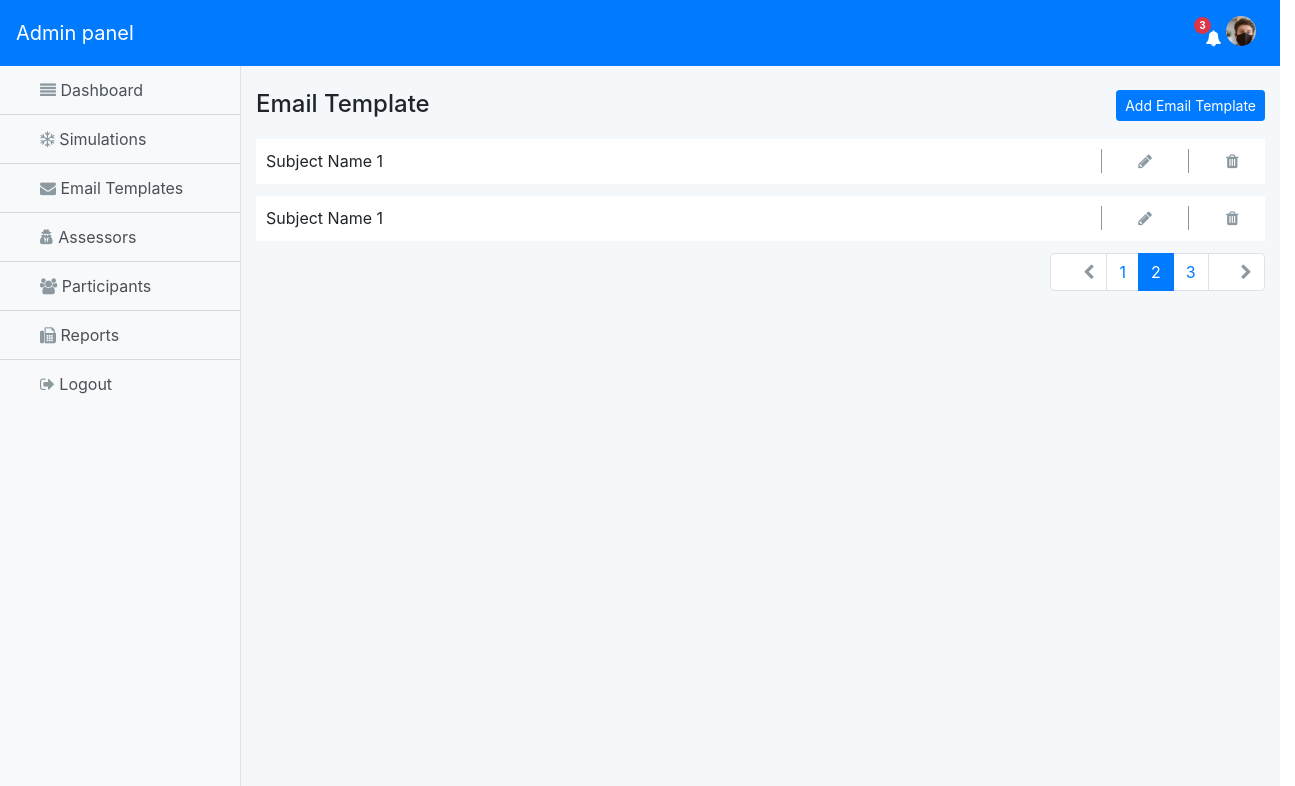
Repository: ejazsidhu/email-simulation-fe
Page: emailTemplate.html
An editor plug-in stored every save of this project. The page is shown before and after the next save, followed by the edit.
The browser window is 1280 px wide. The page is 1295 px wide, so the pictures cover 1295 px, including what lies to the right of the window. The pictures show the whole page.

Above is the page before, as saved 2020-08-25 19:14:04.
Console error: ReferenceError: $ is not defined

### emailTemplate.html
<!DOCTYPE html>
<html lang="en">

<head>

  <meta charset="utf-8">
  <meta name="viewport" content="width=device-width, initial-scale=1, shrink-to-fit=no">
  <meta name="description" content="">
  <meta name="author" content="">

  <title></title>

  <!-- Bootstrap core CSS -->
  <link href="vendor/bootstrap/css/bootstrap.min.css" rel="stylesheet">
  <link rel="stylesheet" href="https://cdnjs.cloudflare.com/ajax/libs/font-awesome/4.7.0/css/font-awesome.css">

  <!-- Custom styles for this template -->
  <link href="css/simple-sidebar.css" rel="stylesheet">
 <link href="css/custom.css" rel="stylesheet">
</head>

<body>
  <div class="row nav-row">
    <div class="col-12">
      <!-- Nav tabs -->
      <nav class="navbar navbar-expand-sm navbar-dark bg-primary">
        <a class="navbar-brand" href="#">Admin panel</a>

      <ul class="navbar-nav ml-auto top_right">



            <!-- Nav Item - Alerts -->
            <li class="nav-item dropdown no-arrow mx-1 mt10">
              <a class="nav-link dropdown-toggle" href="#" id="alertsDropdown" role="button" data-toggle="dropdown" aria-haspopup="true" aria-expanded="false">
                <i class="fa fa-bell fa-fw"></i>
                <!-- Counter - Alerts -->
                <span class="badge badge-danger badge-counter">3</span>
              </a>
              <!-- Dropdown - Alerts -->
              <div class="dropdown-list dropdown-menu dropdown-menu-right shadow animated--grow-in w300" aria-labelledby="alertsDropdown">
                <h6 class="dropdown-header">
                  Alerts Center
                </h6>
                <a class="dropdown-item d-flex align-items-center" href="#">
                  <div class="mr-3">
                    <div class="icon-circle bg-primary">
                      <i class="fas fa-file-alt text-white"></i>
                    </div>
                  </div>
                  <div>
                    <div class="small text-gray-500">December 12, 2019</div>
                    <span class="font-weight-bold">A new monthly report is ready to download!</span>
                  </div>
                </a>
                <a class="dropdown-item d-flex align-items-center" href="#">
                  <div class="mr-3">
                    <div class="icon-circle bg-success">
                      <i class="fas fa-donate text-white"></i>
                    </div>
                  </div>
                  <div>
                    <div class="small text-gray-500">December 7, 2019</div>
                    $290.29 has been deposited into your account!
                  </div>
                </a>
                <a class="dropdown-item d-flex align-items-center" href="#">
                  <div class="mr-3">
                    <div class="icon-circle bg-warning">
                      <i class="fa fa-exclamation-triangle text-white"></i>
                    </div>
                  </div>
                  <div>
                    <div class="small text-gray-500">December 2, 2019</div>
                    Spending Alert: We've noticed unusually high spending for your account.
                  </div>
                </a>
                <a class="dropdown-item text-center small text-gray-500" href="#">Show All Alerts</a>
              </div>
            </li>


            <li class="nav-item dropdown no-arrow">
              <a class="nav-link dropdown-toggle" href="#" id="userDropdown" role="button" data-toggle="dropdown" aria-haspopup="true" aria-expanded="false">

                <img class="img-profile rounded-circle" src="img/img.png" width="30">
              </a>
              <!-- Dropdown - User Information -->
              <div class="dropdown-menu dropdown-menu-right shadow animated--grow-in" aria-labelledby="userDropdown">
                <a class="dropdown-item" href="#">
                  <i class="fa fa-user fa-sm fa-fw mr-2 text-gray-400"></i>
                  Profile
                </a>
                <a class="dropdown-item" href="#">
                  <i class="fa fa-cogs fa-sm fa-fw mr-2 text-gray-400"></i>
                  Settings
                </a>
                <a class="dropdown-item" href="#">
                  <i class="fa fa-list fa-sm fa-fw mr-2 text-gray-400"></i>
                  Activity Log
                </a>
                <div class="dropdown-divider"></div>
                <a class="dropdown-item" href="#" data-toggle="modal" data-target="#logoutModal">
                  <i class="fa fa-sign-out-alt fa-sm fa-fw mr-2 text-gray-400"></i>
                  Logout
                </a>
              </div>
            </li>

          </ul>
      </nav>

      <!-- Tab panes -->
      <div class="tab-content">
        <div class="tab-pane fade show active" id="tab1Id" role="tabpanel"></div>
        <div class="tab-pane fade" id="tab2Id" role="tabpanel"></div>
        <div class="tab-pane fade" id="tab3Id" role="tabpanel"></div>
        <div class="tab-pane fade" id="tab4Id" role="tabpanel"></div>
        <div class="tab-pane fade" id="tab5Id" role="tabpanel"></div>
      </div>

      <script>
        $('#navId a').click(e => {
          e.preventDefault();
          $(this).tab('show');
        });
      </script>
    </div>
  </div>

  <div class="d-flex" id="wrapper">

    <!-- Sidebar -->
    <div class="bg-light border-right" id="sidebar-wrapper">
      <!-- <div class="sidebar-heading">Start Bootstrap </div> -->
      <div class="list-group list-group-flush">
        <a href="#" class="list-group-item list-group-item-action bg-light">
          <i class="fa fa-align-justify" aria-hidden="true"></i>
          Dashboard
        </a>
        <a href="/SimulationsList.html" class="list-group-item list-group-item-action bg-light">
          <i class="fa fa-snowflake-o" aria-hidden="true"></i>
          Simulations</a>
        <a href="/emailTemplate.html" class="list-group-item list-group-item-action bg-light">
          <i class="fa fa-envelope" aria-hidden="true"></i>
          Email Templates</a>
        <a href="#" class="list-group-item list-group-item-action bg-light">
          <i class="fa fa-user-secret" aria-hidden="true"></i>
          Assessors</a>
        <a href="#" class="list-group-item list-group-item-action bg-light">
          <i class="fa fa-users" aria-hidden="true"></i>
          Participants</a>
        <a href="#" class="list-group-item list-group-item-action bg-light">
          <i class="fa fa-fax" aria-hidden="true"></i>
          Reports</a>
        <a href="#" class="list-group-item list-group-item-action bg-light">
          <i class="fa fa-sign-out" aria-hidden="true"></i>
          Logout</a>

      </div>
    </div>
    <!-- /#sidebar-wrapper -->

    <!-- Page Content -->
    <div id="page-content-wrapper">



      <div class="container mt-4">
        <div class="row">
          <div class="col-6">
            <h4>Email Template</h4>
          </div>
          <div class="col-6 text-right">
            <!-- <button class="btn btn-info btn-sm" data-toggle="modal" data-target="#emailNotificationCenter">
              Send Email
            </button> -->
            <button class="btn btn-primary btn-sm" data-toggle="modal" data-target="#addEmailTemplate">
              Add Email Template
            </button>
          </div>
        </div>

        <div class="row">
          <div class="col-12 table_cls">
            <table class="custom-table">
              <!-- <thead>
                <tr>
                  <th></th>
                  <th></th>
                  <th></th>
                </tr>
              </thead> -->
              <tbody>
                <tr>
                  <td scope="row" class="w-50">
                    Subject Name 1
                  </td>



                  <td class="w-5">
                    <span class="b1" data-toggle="tooltip" data-placement="top" title="edit">
                      <i class="fa fa-pencil" data-toggle="modal" data-target="#addEmailTemplate"></i>
                    </span>

                  </td>
                  <td class="w-5">
                    <span class="b1"  data-toggle="tooltip" data-placement="top" title="edit">
                      <i class="fa fa-trash" data-toggle="modal" data-target="#deleteModalCenter"></i>

                    </span>
                  </td>
                </tr>
                <tr>
                  <td scope="row" class="w-50">
                    Subject Name 1
                  </td>



                  <td class="w-5">
                    <span class="b1" data-toggle="tooltip" data-placement="top" title="edit">
                      <i class="fa fa-pencil" data-toggle="modal" data-target="#addEmailTemplate"></i>
                    </span>

                  </td>
                  <td class="w-5">
                    <span class="b1"  data-toggle="tooltip" data-placement="top" title="edit">
                      <i class="fa fa-trash" data-toggle="modal" data-target="#deleteModalCenter"></i>

                    </span>
                  </td>
                </tr>

              </tbody>
            </table>

          </div>
        </div>

        <div class="row">
          <div class="col-12 text-right">
            <nav aria-label="...">
              <ul class="pagination ">
                <li class="page-item disabled">
                  <span class="page-link">
                    <i class="fa fa-chevron-left" aria-hidden="true"></i>
                  </span>
                </li>
                <li class="page-item"><a class="page-link" href="#">1</a></li>
                <li class="page-item active">
                  <span class="page-link">
                    2
                    <span class="sr-only">(current)</span>
                  </span>
                </li>
                <li class="page-item"><a class="page-link" href="#">3</a></li>
                <li class="page-item">
                  <a class="page-link" href="#">
                    <i class="fa fa-chevron-right" aria-hidden="true"></i>
                  </a>
                </li>
              </ul>
            </nav>
          </div>
        </div>
      </div>
    </div>
    <!-- /#page-content-wrapper -->


    <!-- delete modal -->

    <div class="modal fade" id="deleteModalCenter" tabindex="-1" role="dialog" aria-labelledby="deleteModalCenterTitle"
      aria-hidden="true">
      <div class="modal-dialog modal-dialog-centered modal-sm" role="document">
        <div class="modal-content">
          <div class="modal-header" style="    padding: 1rem 2rem !important;">
            <h5 class="modal-title" id="deleteModalLongTitle">Delete item</h5>
            <button type="button" class="close" data-dismiss="modal" aria-label="Close">
              <span aria-hidden="true">&times;</span>
            </button>
          </div>
          <div class="modal-body">
            <div class="row">
              <div class="col-12 mt-2 mb-2">
                <strong>
                  Do you want to delte this item?
                </strong>
                <br>
                <small>
                  *Note:Deleting this entry will remove this reffernce from all over app.
                </small>
              </div>
            </div>
          </div>
          <div class="modal-footer">
            <div class="row">
              <div class="col-12">
                <button type="button" class="btn btn-info btn-sm" data-dismiss="modal">Close</button>
                <button type="button" class="btn btn-danger btn-sm">Confirm</button>
              </div>
            </div>
          </div>
        </div>
      </div>
    </div>

    <!-- email sent  notification modal -->
    <div class="modal fade" id="emailNotificationCenter" tabindex="-1" role="dialog"
      aria-labelledby="emailNotificationCenterTitle" aria-hidden="true">
      <div class="modal-dialog modal-dialog-centered modal-sm" role="document">
        <div class="modal-content">
          <div class="modal-header">

            <button type="button" class="close" data-dismiss="modal" aria-label="Close">
              <span aria-hidden="true">&times;</span>
            </button>
          </div>
          <div class="modal-body">
            <div class="row">
              <div class="col-12 text-center">
                <i class="fa fa-check-circle fa-3x " style="color:#28a745" aria-hidden="true"></i>
              </div>
              <div class="col-12 text-center">
                <p>
                  <strong>
                    Email sent successfully!
                  </strong>
                </p>
              </div>
            </div>
          </div>

        </div>
      </div>
    </div>

        <!-- add simulation modal -->
        <div class="modal fade custom-modal" id="addSimulationTemplate" tabindex="-1" role="dialog"
        aria-labelledby="addSimulationTitle" aria-hidden="true">
        <div class="modal-dialog modal-dialog-centered justify-content-center" role="document">
          <div class="modal-content modal-md">
            <div class="modal-header">
              <button type="button" class="close" data-dismiss="modal" aria-label="Close">
                <span aria-hidden="true">&times;</span>
              </button>
            </div>
            <div class="modal-body">
              <form>
              <div class="row">
                <div class="col ">
                  <h5 class="modal-title" id="addSimulationLongTitle">Add Simulation</h5>

                </div>
              </div>
              <div class="row">
                <div class="col-12">
                  <div class="form-group">
                    <label for="name">
                      <strong>
                        Simulation Name
                      </strong>
                    </label>
                    <input type="text" class="form-control form-control-sm" id="name" name="name" placeholder="Simulation Name">
                  </div>
                </div>
              </div>
              <div class="row mt-1">
                <div class="col-12">
                  <ul class="nav nav-pills mb-3" id="pills-tab" role="tablist">
                    <li class="nav-item">
                      <a class="nav-link active" id="pills-home-tab" data-toggle="pill" href="#pills-home" role="tab"
                       aria-controls="pills-home" aria-selected="true">Add Participant / Assign Assessor</a>
                    </li>
                    <li class="nav-item">
                      <a class="nav-link" id="pills-profile-tab" data-toggle="pill"
                       href="#pills-profile" role="tab" aria-controls="pills-profile" aria-selected="false">Add Email Template</a>
                    </li>

                  </ul>
                  <div class="tab-content" id="pills-tabContent">
                    <div class="tab-pane fade show active" id="pills-home" role="tabpanel" aria-labelledby="pills-home-tab">...</div>
                    <div class="tab-pane fade" id="pills-profile" role="tabpanel" aria-labelledby="pills-profile-tab">...</div>
                  </div>
                </div>
                <div class="col">




                    <div class="row">

                      <div class="col-5 pr-0">
                        <label for="participant">
                          <strong>
                            Add Participants
                          </strong>
                        </label>
                        <select class="form-control form-control-sm">
                          <option>Small select</option>
                        </select>
                      </div>
                      <div class="col-5 pr-0">
                        <label for="assessor">
                          <strong>
                        Assign Assessor
                          </strong>
                        </label>
                        <select class="form-control form-control-sm">
                          <option>Small select</option>
                        </select>
                      </div>

                      <div class="col-2 mt-4">
                        <button class="btn btn-primary btn-sm">Add</button>
                      </div>

                    </div>
                    <div class="row mt-1">
                      <div class="col-12 ">
                        <div class="listing-box">

                        </div>

                      </div>
                    </div>

                    <div class="row mt-2">

                      <div class="col-6 pr-0">
                        <label for="addEmailEemplate">
                          <strong>
                            Add Email Template
                          </strong>
                        </label>
                        <select class="form-control form-control-sm">
                          <option>Time</option>
                        </select>
                      </div>
                      <div class="col-4 pr-0">
                        <label for="addEmailEemplate">
                          <strong>
                            Add Relative time
                          </strong>
                        </label>
                        <input type="time" name="relativeTime" class="form-control form-control-sm">

                      </div>


                      <div class="col-1 mt-4">

                        <button class="btn btn-primary btn-sm">Add</button>
                      </div>
                      <div class="col-12">

                      </div>
                    </div>
                    <div class="row mt-1">
                      <div class="col-12 ">
                        <div class="listing-box">

                        </div>

                      </div>
                    </div>
                  </form>
                </div>
              </div>
            </div>
            <div class="modal-footer">
              <!-- <button type="button" class="btn btn-secondary" data-dismiss="modal">Close</button> -->
              <div class="row">
                <div class="col-12">
                  <button type="button" class="btn btn-primary btn-sm">Save changes</button>
                </div>
              </div>
            </div>
          </div>
        </div>
      </div>

       <!-- add email modal -->
       <div class="modal fade custom-modal" id="addEmailTemplate" tabindex="-1" role="dialog"
       aria-labelledby="addEmailTemplateTitle" aria-hidden="true">
       <div class="modal-dialog modal-dialog-centered justify-content-center" role="document">
         <div class="modal-content modal-md">
           <div class="modal-header">
             <button type="button" class="close" data-dismiss="modal" aria-label="Close">
               <span aria-hidden="true">&times;</span>
             </button>
           </div>
           <div class="modal-body">
             <div class="row">
               <div class="col ">
                 <h5 class="modal-title" id="emailModalLongTitle">Add Email Template</h5>

               </div>
             </div>
             <div class="row mt-2">
               <div class="col">
                 <form>

                   <div class="form-group">
                     <label for="name">Sender's Name</label>
                     <input type="text" class="form-control" id="name" name="name" placeholder="Name">
                   </div>
                   <div class="form-group">
                     <label for="email">Sender's Email</label>
                     <input type="email" class="form-control" id="email" name="email" aria-describedby="emailHelp"
                       placeholder="Email">
                     <!-- <small id="emailHelp" class="form-text text-muted">We'll never share your email with anyone
                       else.</small> -->
                   </div>
                   <div class="form-group">
                     <label for="name">Subject</label>
                     <input type="text" class="form-control" id="subject" name="subjet" placeholder="Subject">
                   </div>

                   <div class="form-group">
                     <label for="textarea">Example textarea</label>
                     <textarea class="form-control" id="textarea" rows="3"></textarea>


                     <div class="image-upload">
                       <label for="file-input">
                         <i class="fa fa-paperclip fa-2x" aria-hidden="true"></i>
                       </label>

                       <input id="file-input" type="file" multiple />
                     </div>


                   </div>



                 </form>
               </div>
             </div>
           </div>
           <div class="modal-footer">
             <!-- <button type="button" class="btn btn-secondary" data-dismiss="modal">Close</button> -->
             <div class="row">
               <div class="col-12">
                 <button type="button" class="btn btn-primary btn-sm">Save changes</button>
               </div>
             </div>
           </div>
         </div>
       </div>
     </div>

  </div>
  <!-- /#wrapper -->

  <!-- Bootstrap core JavaScript -->
  <script src="vendor/jquery/jquery.min.js"></script>
  <script src="vendor/bootstrap/js/bootstrap.bundle.min.js"></script>

  <!-- Menu Toggle Script -->
  <script>
    $("#menu-toggle").click(function (e) {
      e.preventDefault();
      $("#wrapper").toggleClass("toggled");
    });

    $(function () {
      $('[data-toggle="tooltip"]').tooltip()
    })
  </script>

</body>

</html>

### css/simple-sidebar.css
/*!
 * Start Bootstrap - Simple Sidebar (https://startbootstrap.com/templates/simple-sidebar)
 * Copyright 2013-2020 Start Bootstrap
 * Licensed under MIT (https://github.com/StartBootstrap/startbootstrap-simple-sidebar/blob/master/LICENSE)
 */

 #wrapper {
    overflow-x: hidden;
 }

#sidebar-wrapper {
  min-height: 100vh;
  margin-left: -15rem;
  -webkit-transition: margin .25s ease-out;
  -moz-transition: margin .25s ease-out;
  -o-transition: margin .25s ease-out;
  transition: margin .25s ease-out;
}

#sidebar-wrapper .sidebar-heading {
  padding: 0.875rem 1.25rem;
  font-size: 1.2rem;
}

#sidebar-wrapper .list-group {
  width: 15rem;
}

#page-content-wrapper {
  min-width: 100vw;
}

#wrapper.toggled #sidebar-wrapper {
  margin-left: 0;
}

@media (min-width: 768px) {
  #sidebar-wrapper {
    margin-left: 0;
  }

  #page-content-wrapper {
    min-width: 0;
    width: 100%;
  }

  #wrapper.toggled #sidebar-wrapper {
    margin-left: -15rem;
  }
}



/* custome table code */

.table_cls table{
  width: 100%;
      border-spacing: 0px 12px;
  border-collapse:separate !important ;
}
.table_cls tr{
  background: white;
  height: 45px;
}


.table_cls .w-50{
  width: 50% !important;
  padding: 0 10px;
}

.table_cls .w-5{
  width: 5% !important;
  text-align: center;


}

.table_cls .mt-15{
  margin-top: 20% !important;
}

#page-content-wrapper{
background: #F4F8FB;
}

.pagination{
  justify-content: flex-end !important;
}

.bs-tooltip-auto[x-placement^=top] .arrow::before,
.bs-tooltip-top .arrow::before {
  border-bottom-color: #f00; /* Red */
}


/* modal classes */

.modal-header {
  border: none !important;
  padding: 0rem 0.5rem !important
  ;
}
.modal-footer{
  border: none !important;
  /* padding: 0rem 0.5rem !important */
  ;
}
.modal-body{
  padding: 0rem 2rem !important;
}

form{
  font-size: 12px !important;
}
#input-btn{

    background: #007bff;
    color: white;

}
.success-color{
  background-color: green;
  color: white;
}
.image-upload{
  border: 1px solid #ced4da;
  min-height: 20px !important;
  border-radius: .25rem;
}
.image-upload>input {
  /* display: none; */
}
.listing-box{
  height: 115px;
    border: 1px solid #ced4da;
    border-radius: .25rem;
}
.fa-envelope:hover{
  color: #0052C2;
}
.fa-pencil:hover{
color: #29A88C;
}
.fa-trash:hover{
  color: #E81742;
}
.fa{
  color: #8C99A0;
  cursor: pointer;
  padding-left: 20px !important;
}

Loaded but not shown: vendor/bootstrap/css/bootstrap.min.css (library); vendor/jquery/jquery.min.js (library); vendor/bootstrap/js/bootstrap.bundle.min.js (library); css/custom.css (405 lines, source omitted)

After the next save:
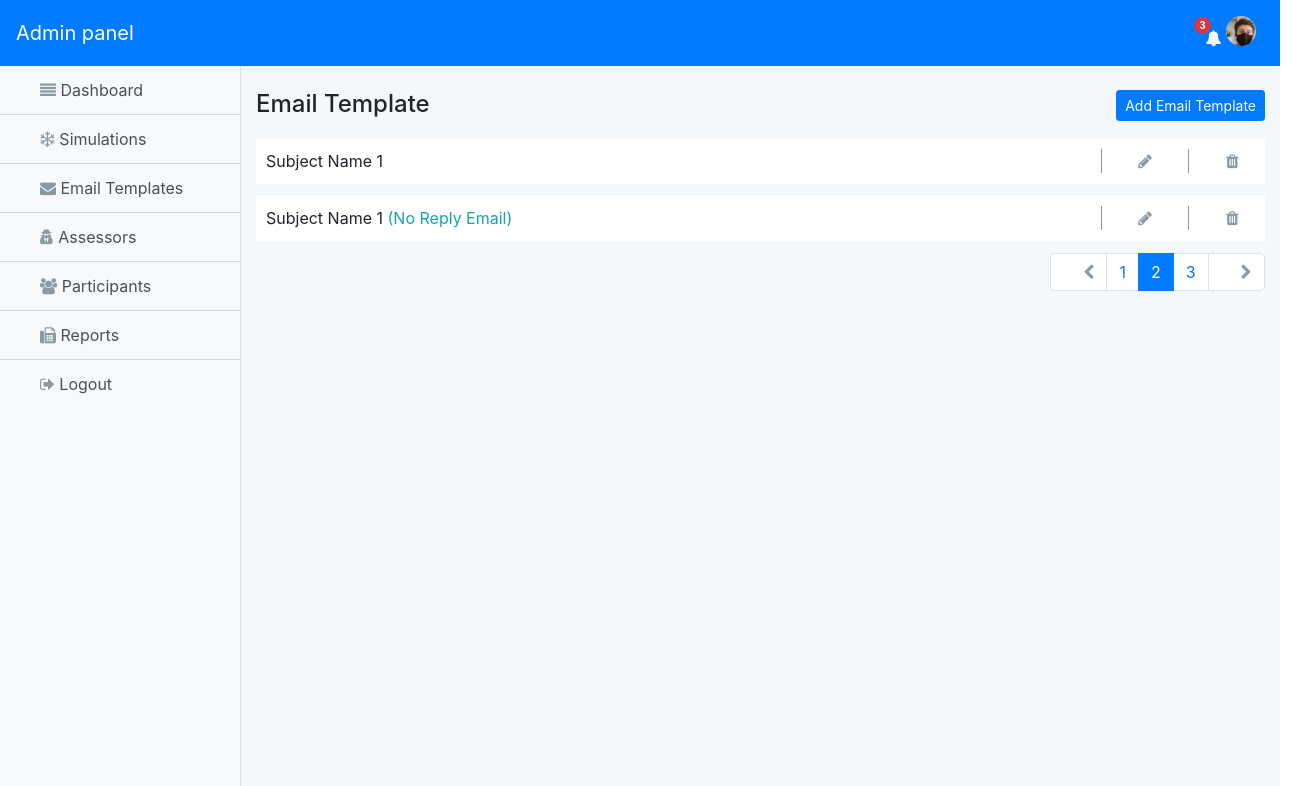
Saved 96 s later.
--- a/emailTemplate.html
+++ b/emailTemplate.html
@@ -214,7 +214,7 @@
                 </tr>
                 <tr>
                   <td scope="row" class="w-50">
-                    Subject Name 1
+                    Subject Name 1 <span class="text-info">(No Reply Email)</span>
                   </td>
 
 
